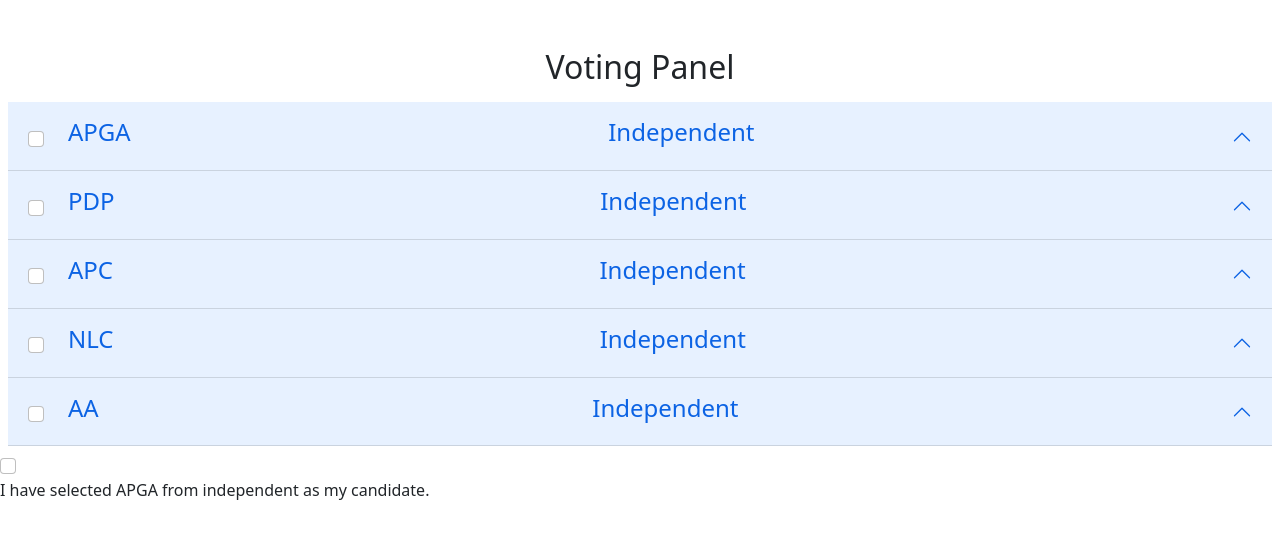
Repository: DavidManiIbrahim/Voting-app
Page: panel.html
An editor plug-in stored every save of this project. The page is shown before and after the next save, followed by the edit.
The browser window is 1280 px wide. The pictures show the whole page.

Above is the page before, as saved 2025-01-20 06:40:54.

After the next save:
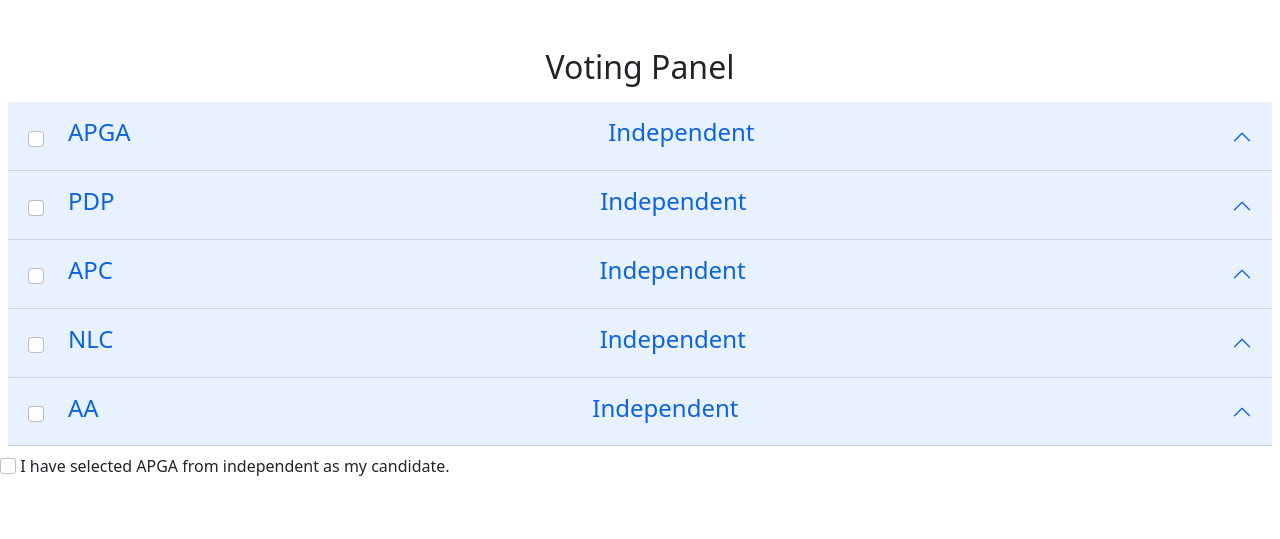
Saved 4 s later.
--- a/panel.html
+++ b/panel.html
@@ -185,7 +185,7 @@
     <label for="confirmation">
         <input type="checkbox" class="form-check-input" />
     </label>
-    <p>I have selected APGA from independent as my candidate.</p>
+    <span>I have selected APGA from independent as my candidate.</sp>
 
     <script src="./bootstrap.min.js"></script>
   </body>
